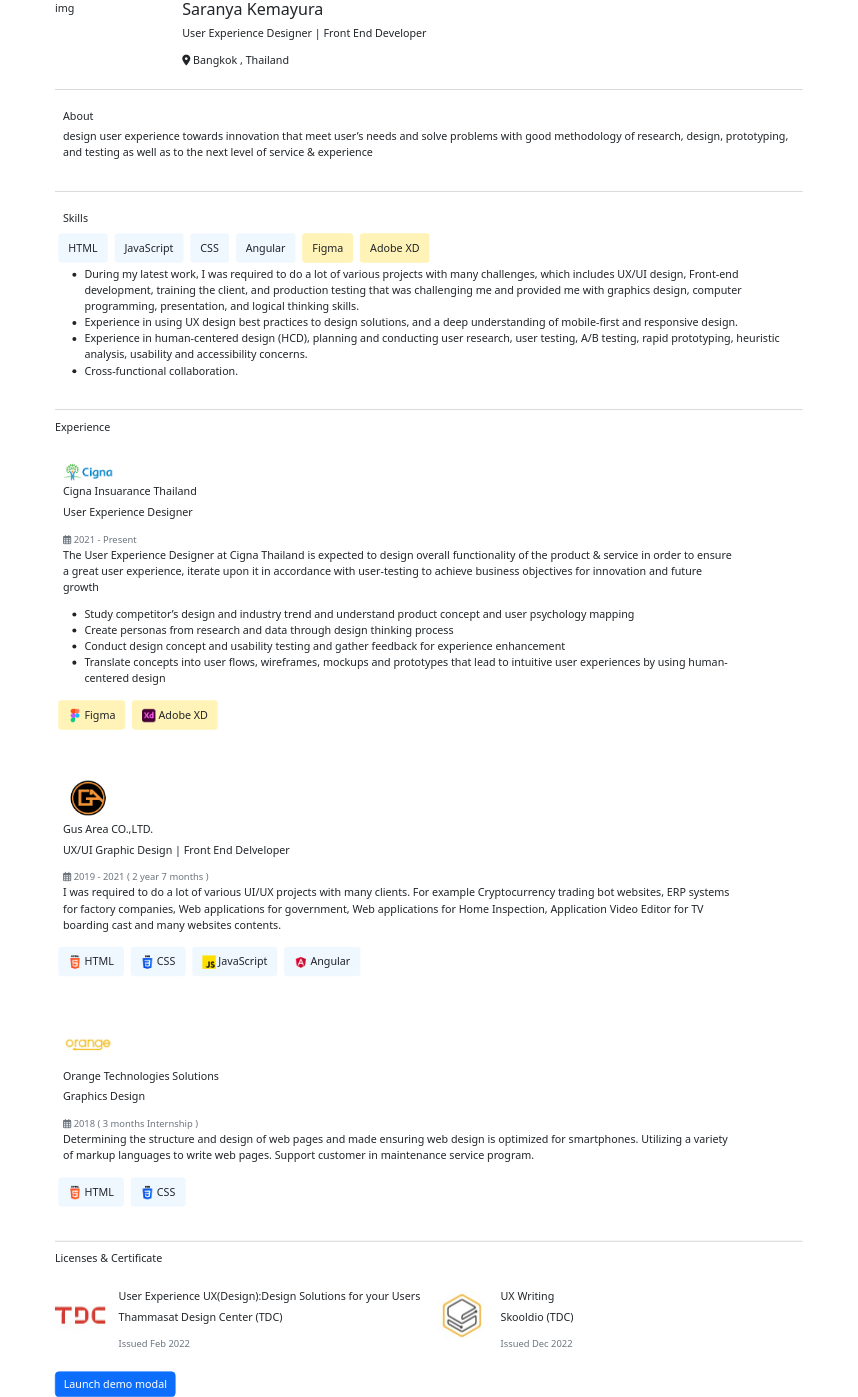
Repository: 0910th/portfolio
Page: index.html
The author's editor kept a copy of each file at every save. The page is drawn from the files as they stood at one save, then again after the next save.
The browser window is 1280 px wide. The pictures show the whole page, at 67% of full size.

Above is the page before, as saved 2022-12-21 17:04:39.

After the next save:
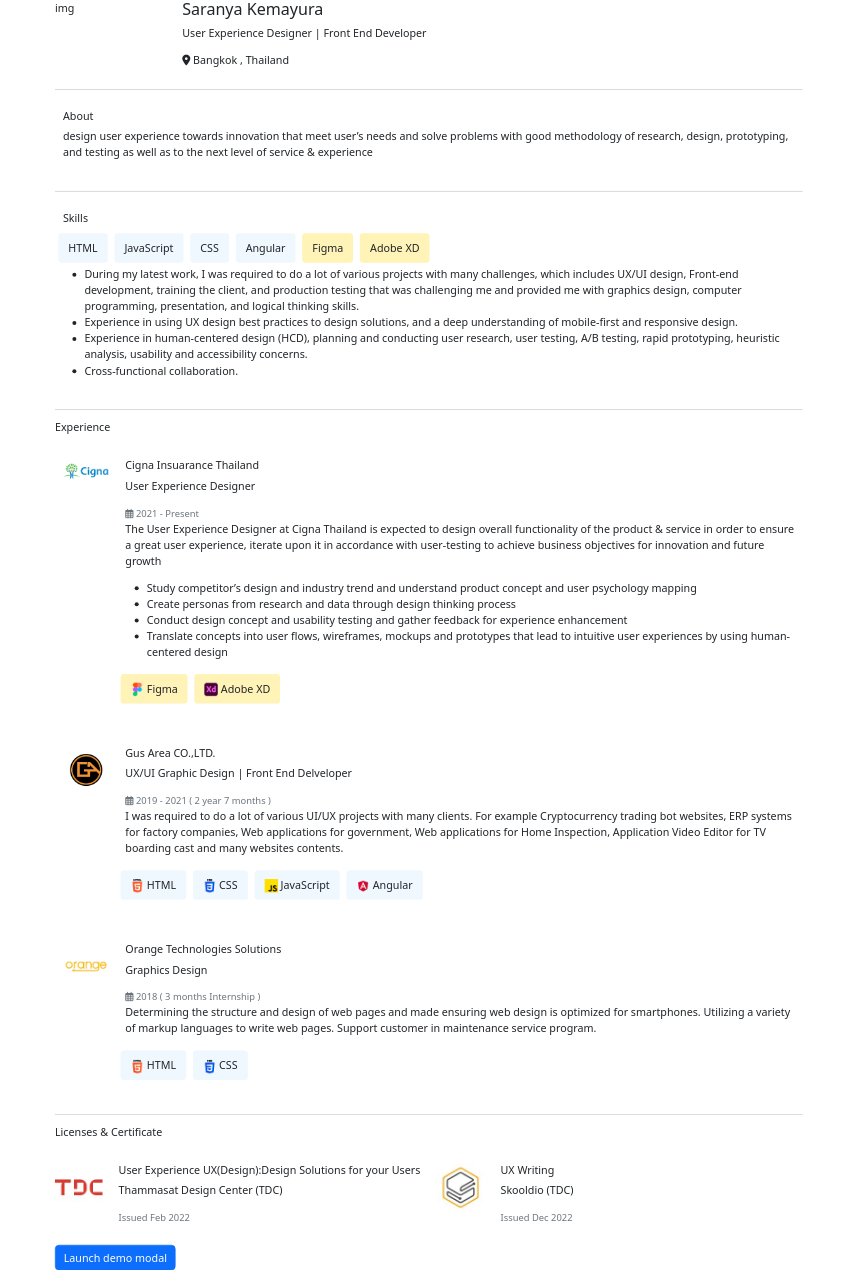
Saved 22 h 36 min later.
--- a/css/mystyle.css
+++ b/css/mystyle.css
@@ -25,5 +25,5 @@
     height: auto;
 }
 .office-logo {
-    max-width: 75px;
+    max-width: 100%;
 }
